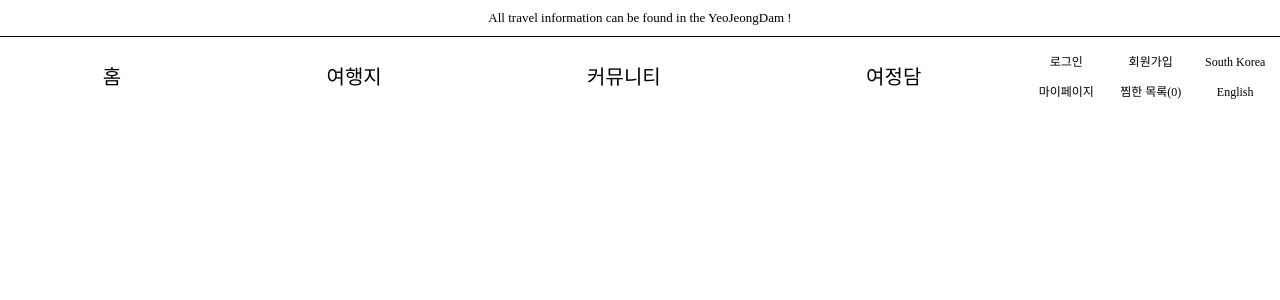
Repository: gaeunlee95/semi
Page: http://localhost/semi/main.jsp
These files come from the project's save history. The page is drawn as it stood at one moment and after the next save; the edit follows.
The browser window is 1280 px wide. The pictures show the whole page.
The page is served by Tomcat 9.

Above is the page before, as saved 2023-12-06 17:33:13.

### semi/src/main/webapp/main.jsp
<%@ page language="java" contentType="text/html; charset=UTF-8"
    pageEncoding="UTF-8"%>
<!DOCTYPE html>
<html>
<head>
<meta charset="UTF-8">
<title>메인 페이지</title>
<link rel="stylesheet" href="resources/css/style.css">
<style>
/* *{
	color: blue;
} */
</style>
</head>
<body>
	<jsp:include page="header.jsp" />
</body>
</html>

### semi/src/main/webapp/header.jsp
<%@ page language="java" contentType="text/html; charset=UTF-8"
    pageEncoding="UTF-8"%>
<%@ taglib uri="http://java.sun.com/jsp/jstl/core" prefix="c" %>
<header>
	<div id = "header">
		<div id="welcome">
			<p>All travel information can be found in the YeoJeongDam !</p>
		</div>
		<nav>
		<div id="menu">
			<div id="mainMenu">
				<ul>
					<li><a href="#">홈</a></li>
					<li><a href="#">여행지</a></li>
					<li><a href="#">커뮤니티</a></li>
					<li><a href="#">여정담</a></li>
				</ul>
			</div>
			<div id="sideMenu">
				<ul id="sideMenu_1">
					<li><a href="#">로그인</a></li>
					<li><a href="#">회원가입</a></li>
					<li><a href="#">South Korea</a></li>
				</ul>
				<ul id="sideMenu_2">
					<li><a href="#">마이페이지</a></li>
					<li><a href="#">찜한 목록(0)</a></li>
					<li><a href="#">English</a></li> <!-- 스크롤로 언어(영어/한국) 선택 -->
				</ul>
			</div>
		</div>
		</nav>
	</div>





  <%-- <nav>
  <c:choose>
    <c:when test="${empty sessionId}">
	    <ul id="topMenu">
	  	  <li><a href="/loginform.do">로그인</a></li>
	  	  <li><a href="/joinform.do">회원가입</a></li>
	  	  <li><a href="/boardlist.do">게시판</a></li>
	  	  <li><a href="/memberlist.do">회원목록</a></li>
	  	</ul>
    </c:when>
    <c:otherwise>
    	<ul id="topMenu">
	  	  <li><a href="/logout.do">(${sessionId}님)로그아웃</a></li>
	  	  <li><a href="/memberview.do?id=${sessionId}">나의 정보</a></li>
	  	  <li><a href="/boardlist.do">게시판</a></li>
	  	  <li><a href="/memberlist.do">회원 목록</a></li>
	  	</ul>
    </c:otherwise>
   </c:choose>
  </nav> --%>
</header>

### semi/src/main/webapp/resources/css/style.css
@charset "UTF-8";
/* 공통 스타일 */
*{margin: 0; padding: 0;}
#container{width: 1024px; margin: 30px auto 100px;}
ul li{list-style: none;}
a{text-decoration: none; color: black;}

/* header 스타일 */
header{
	/*width : 1024px;*/
	width: 100%;
	margin : 0 auto;
}
header #welcome{
	text-align: center;
	border-bottom: 1px solid black;
}
header #welcome p{
	padding: 10px 0;
	font-size: 13px;
}
header #menu{
	width: 100%;
}
header nav div{	/*각 mainMenu, sideMenu div에 float를 주어 가로정렬*/ /*nav에 float 주면 가로정렬 되지 않음*/
	float: left;
}
header #mainMenu{
	/*width: 700px;*/
	width: 80%;
	line-height: 80px;
}
header #mainMenu ul{
	display: flex;
	justify-content: space-around;
}
header #mainMenu li{
	font-size: 20px;
	color: black;
}
header #sideMenu{
	/*width: 324px;*/
	width: 20%;
}
header #sideMenu_1 li a{
	padding-top: 10px;
}
header #sideMenu ul{
	line-height: 30px;
	display: flex;
}
header #sideMenu li{
	font-size: 12px;
	width: 33%;
}
header #sideMenu li a{
	display:flex;
	justify-content: center;
}
header #sideMenu #sideMenu_1 a{
	padding-top: 10px;
}
header #sideMenu #sideMenu_2 a{
	padding-bottom: 10px;
}

/* mainMenu의 경우, li 사이에 동일한 간격을 주기위해 padding 사용 */
/* sideMenu의 경우, padding으로 간격을 줄 시 아래위 li의 위치가 달라짐. 이에 li에 width와 flex요소를 주어 가운데 정렬 시킴 */

/* 구현 1 */
/* 헤더의 width 1024px에서 줄어들 경우, 각 li 사이의 거리 가까워짐*/

/* 구현 2 */
/* mainMenu의 각 li에 마우스 올릴 시, 전체 하위 카테고리 나옴 + 헤더부분의 배경색 변경됨 */
/* mainMenu의 각 li에 마우스 올릴 시, li에 italic, 밑줄표시 */
/* 하단 카테고리 선택 시, 연한 색상 -> 진한 색상으로 변경, italic, 밑줄표시*/

After the next save:
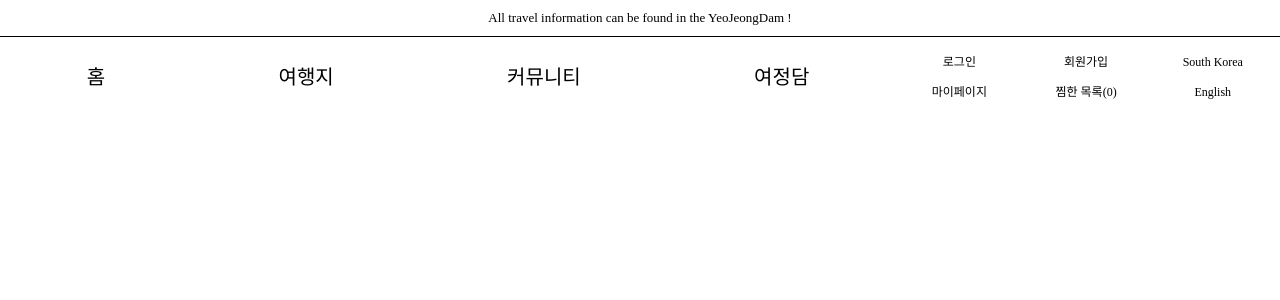
Saved 105 s later.
--- a/semi/src/main/webapp/resources/css/style.css
+++ b/semi/src/main/webapp/resources/css/style.css
@@ -27,7 +27,7 @@ header nav div{	/*각 mainMenu, sideMenu div에 float를 주어 가로정렬*/ /
 }
 header #mainMenu{
 	/*width: 700px;*/
-	width: 80%;
+	width: 70%;
 	line-height: 80px;
 }
 header #mainMenu ul{
@@ -40,7 +40,7 @@ header #mainMenu li{
 }
 header #sideMenu{
 	/*width: 324px;*/
-	width: 20%;
+	width: 30%;
 }
 header #sideMenu_1 li a{
 	padding-top: 10px;
